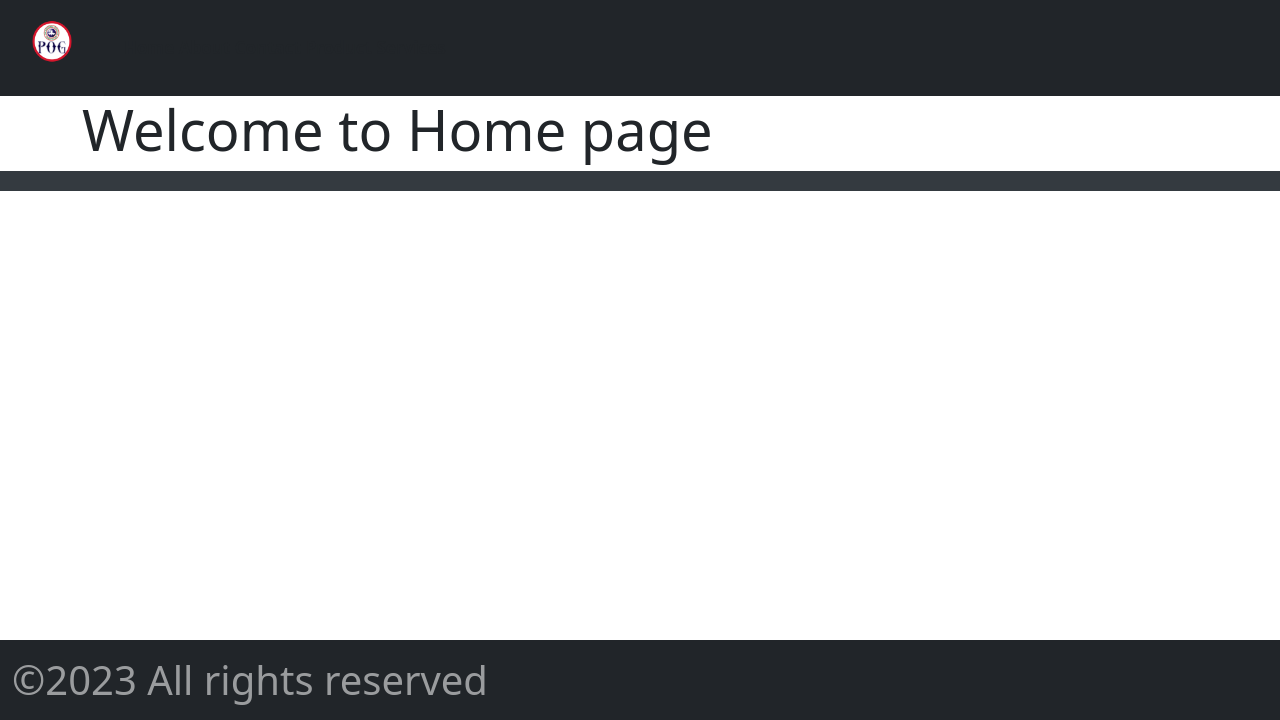
Repository: VuNhatDinhLe/test
Page: http://localhost/
The author's editor kept a copy of each file at every save. The page is drawn from the files as they stood at one save, then again after the next save.
The browser window is 1280 px wide. The pictures show the whole page.
Some icons come from a web library that is not loaded, so they are not drawn. The page is served by the project's Node server (server.js). Other server files are loaded and not shown.

Above is the page before, as saved 2023-05-24 22:39:03.

### WEEK3DEMO/app/views/index.ejs
<!DOCTYPE html>
<html lang="en">
<head>
    <meta charset="UTF-8">
    <meta http-equiv="X-UA-Compatible" content="IE=edge">
    <meta name="viewport" content="width=device-width, initial-scale=1.0">
    <title><%= title %></title>
    <link rel="stylesheet" href="style.css"/>
    <link rel="stylesheet" href="/bootstrap/dist/css/bootstrap.min.css"/>
    <link rel="stylesheet" href="/@fortawesome/fontawesome-free/css/all.min.css"/>

        <style>
        ul.navbar-max {
            list-style: none; /* Remove the bullet */
            display: inline; /* Display the list items inline */
            float:right;
            font-size:17px

        }

        ul.navbar-max li {
            display: inline-block; /* Make the list items display inline */
        }
        a:link {
    text-decoration: none;
}


a:visited {
    text-decoration: none;
}


a:hover {
    text-decoration: none;
}


a:active {
    text-decoration: none;
}
html,
body {
  height: 100%;
  margin: 0;
}

body {
  display: flex;
  flex-direction: column;
}

main {
  flex: 1;
}



 footer {
            background-color: #343a40;
            color: #ffffff;
            padding: 10px;
        }

        footer .navbar-text {
            margin-bottom: 0;
        }


    </style>
</head>
<body>
   <!--Main Navigation-->
    <nav class="navbar navbar-expand-lg navbar-dark bg-dark">
  <div class="container-fluid">


    <!--<a class="navbar-brand" href="#">COMP229</a>-->
    <!--<button class="navbar-toggler" type="button" data-toggle="collapse" data-target="#navbarSupportedContent" aria-controls="navbarSupportedContent" aria-expanded="false" aria-label="Toggle navigation">
      <span class="navbar-toggler-icon"></span>
    </button>-->
    <img src="/img/logo.png" alt="logo" style: width="80px"; height="80px">
    <div class="collapse navbar-collapse" id="navbarSupportedContent">

      <b>
        <ul class="navbar-max mr-auto mb-2 mb-lg-0" >
          <% if (title=="Home"){%>
        <li class="nav-item active">
          <%}else{%>
            <li class="nav-item">
              <%}%>
          <a class="nav-link"  href="/"><i class="fas fa-lg fa-laptop-house"></i>Home</a>
        </li>
         <% if (title=="About"){%>
        <li class="nav-item active">
          <%}else{%>
            <li class="nav-item">
              <%}%>
          <a class="nav-link"  href="/about"><i class="fa-solid fa-address-card"></i>About</a>
        </li>
        <% if (title=="Contact"){%>
          <li class="nav-item active">
          <%}else{%>
        <li class="nav-item">
          <%}%>
          <a class="nav-link"  href="/contact"><i class="fa-solid fa-address-book"></i>Contact</a>
        </li>
         <% if (title=="Product"){%>
          <li class="nav-item active">
          <%}else{%>
        <li class="nav-item">
          <%}%>
          <a class="nav-link"  href="/products"><i class="fa-brands fa-product-hunt"></i>Product</a>
        </li>
         <% if (title=="Services"){%>
          <li class="nav-item active">
          <%}else{%>
        <li class="nav-item">
          <%}%>
          <a class="nav-link"  href="/services"><i class="fa-brands fa-servicestack"></i>Services</a>
        </li>
        </ul>
    </div>
  </div>
</nav>

<main class="container">
  <div class="jumbotron">
    <h1 class="display-4">Welcome to <%= title %> page</h1>
    </div>
    </main>
    <!--bottom nav-->

    <footer>
      <nav class="navbar fixed-bottom navbar-dark bg-dark">
   <div class="container-fluid">
    <h6 class="display-6 navbar-text">&copy;2023 All rights reserved</h6>
    </div>
    </nav>
  </div>
</nav>
      </footer>
      <!--script section-->
    <script src="/jquery/dist/jquery.min.js"></script>
    <script src="/bootstrap/dist/js/bootstrap.min.js"></script>
</body>

</html>

### WEEK3DEMO/server.js
process.env.NODE_ENV = process.env.NODE_ENV || 'development';
var express = require('./config/express');
var app = express();
app.listen(5000);
module.exports = app;

console.log('Server running at http://localhost:5000/');

### WEEK3DEMO/app/routes/index.server.routes.js
var express = require('express');
var router = express.Router();

/* GET home page. */
router.get('/', function(req, res, next) {
  res.render('index', { title: 'Home' });
});

router.get('/about', function(req, res, next) {
  res.render('index', { title: 'About' });
});
router.get('/products', function(req, res, next) {
  res.render('index', { title: 'Products' });
});
router.get('/contact', function(req, res, next) {
  res.render('index', { title: 'Contact' });
});
router.get('/services', function(req, res, next) {
  res.render('index', { title: 'Services' });
});

module.exports = router;

### WEEK3DEMO/public/Content/Style.css
a:link {
    text-decoration: none;
}


a:visited {
    text-decoration: none;
}


a:hover {
    text-decoration: none;
}


a:active {
    text-decoration: none;
}

ul {
    list-style-type: none;
}

After the next save:
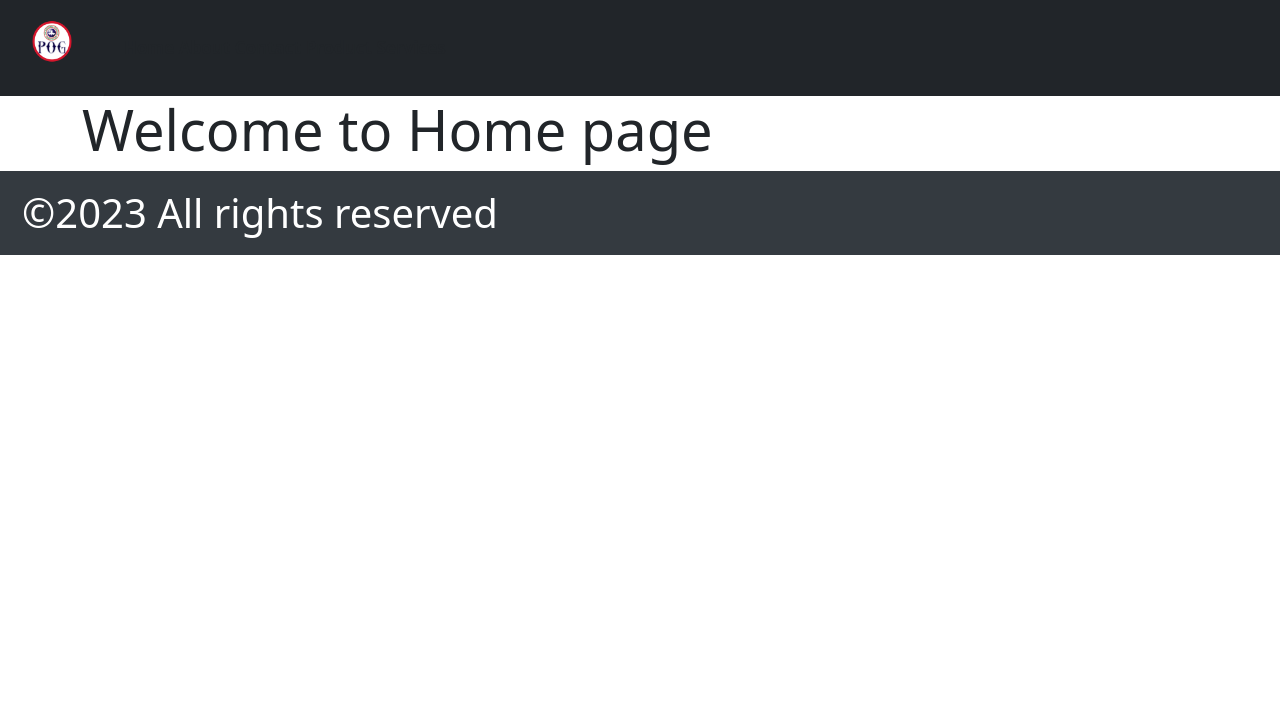
Saved 12 s later.
--- a/WEEK3DEMO/app/views/index.ejs
+++ b/WEEK3DEMO/app/views/index.ejs
@@ -132,7 +132,7 @@ main {
     <!--bottom nav-->
 
     <footer>
-      <nav class="navbar fixed-bottom navbar-dark bg-dark">
+
    <div class="container-fluid">
     <h6 class="display-6 navbar-text">&copy;2023 All rights reserved</h6>
     </div>
